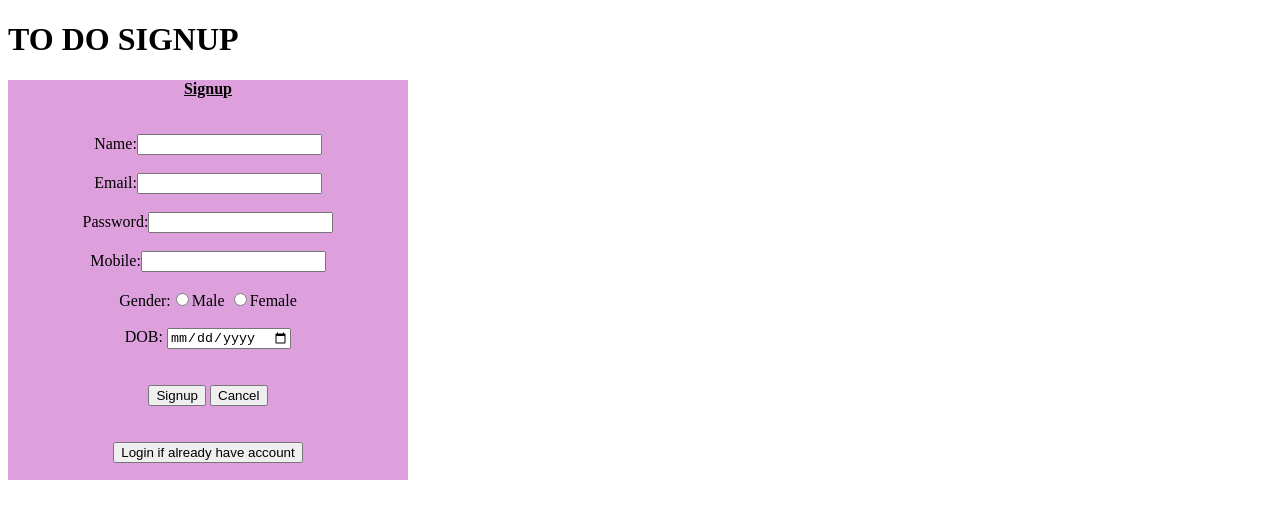
Repository: Spurthiv/todoapp
Page: Servlet_todo_app/src/main/webapp/Signup.html
These files come from the project's save history. The page is drawn as it stood at one moment and after the next save; the edit follows.
The browser window is 1280 px wide. The pictures show the whole page.

Above is the page before, as saved 2023-11-22 07:32:26.

After the next save:
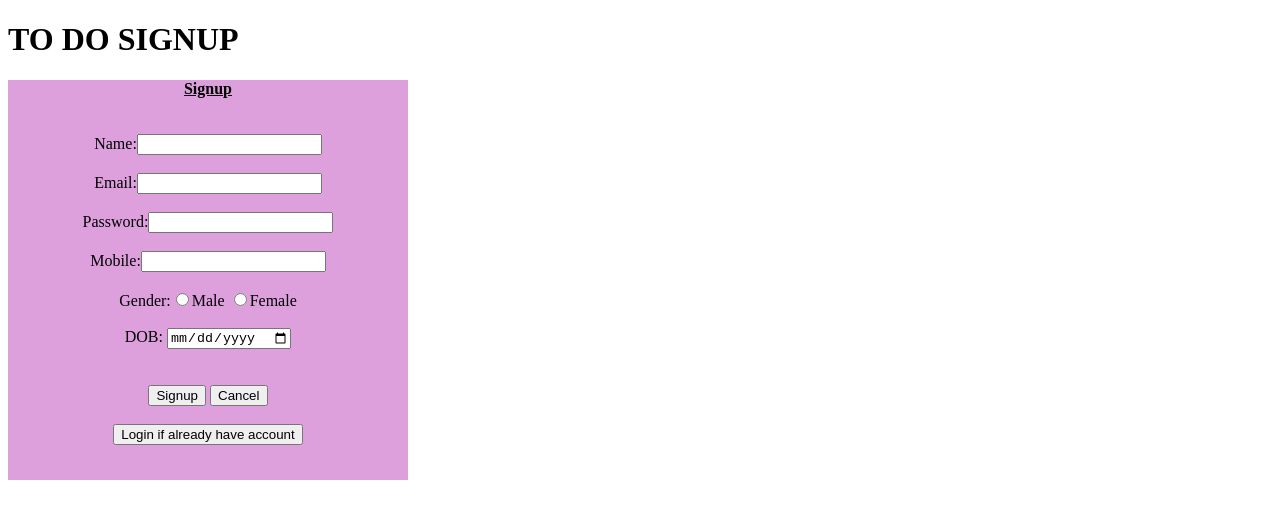
Saved 18 s later.
--- a/Servlet_todo_app/src/main/webapp/Signup.html
+++ b/Servlet_todo_app/src/main/webapp/Signup.html
@@ -30,7 +30,7 @@ Mobile:<input type="tel" pattern="[0-9](10)" name="mob" /> <br><br>
 
         DOB: <input type="date" name="dob"> <br><br><br>
         <button type="submit" formaction="">Signup</button>
-        <button type="reset">Cancel</button> <br><br><br>
+        <button type="reset">Cancel</button> <br><br>
          <button type="submit">Login if already have account</button>
 
     </form>
